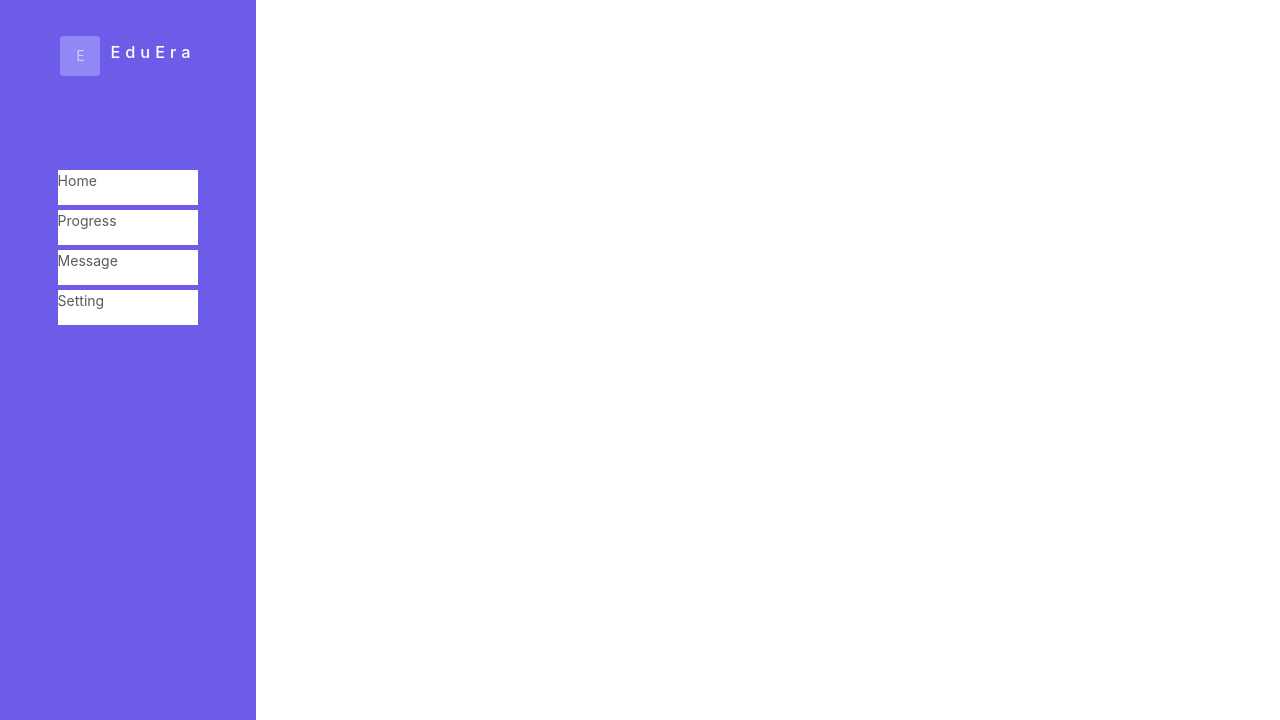
Repository: huynhnt1406/coursestorage
Page: / (app in coursestorage/)
These files come from the project's save history. The page is drawn as it stood at one moment and after the next save; the edit follows.
The browser window is 1280 px wide. The pictures show the whole page.
The project was rebuilt for these pictures with package versions that can differ from the ones it lists, and the page was loaded fresh each time.

Above is the page before, as saved 2021-05-01 16:09:21.

### coursestorage/src/main.js
import Vue from 'vue'
import App from './App.vue'
import 'ant-design-vue/dist/antd.css'
import Antd from 'ant-design-vue';
Vue.config.productionTip = false
Vue.use(Antd);
new Vue({
  render: h => h(App),
}).$mount('#app')

### coursestorage/src/App.vue
<template>
  <div class="container">
    <div class="sidebar">
      <Sidebar/>
    </div>
    <div class="main">

    </div>
  </div>
</template>

<script>
import Sidebar from './components/Sidebar'
export default {
  components:{
    Sidebar
  }
}
</script>

<style>
*{
  margin:0
}
.container{
  background-color:white;
  min-height: 100vh;
  display: flex;
}
</style>

### coursestorage/src/components/Sidebar.vue
<template>
  <div class="sidebar">
      <div class="sidebar-header">
          <a-avatar shape="square" size="large" style="backgroundColor:#a29bfe ; opacity:0.7 ; marginRight:10px">E</a-avatar>
          <h3>EduEra</h3>
      </div>
      <div class="sidebar-links">
          <div class="link">
              <a-icon type="appstore"/>
              <p>Home</p>
          </div>
           <div class="link">
               <a-icon type="bar-chart" />
              <p>Progress</p>
          </div>
           <div class="link">
               <a-icon type="message" />
              <p>Message</p>
          </div>
           <div class="link">
                <a-icon type="setting" />
              <p>Setting</p>
          </div>
      </div>
  </div>
</template>

<script>
export default {

}
</script>

<style>
.sidebar{
    flex:0.2;
    background-color:#6c5ce7;
}
.sidebar-header{
    display: flex;
    align-items: center;
    padding:5vh;
    justify-content: center;
}
.sidebar-header h3{
    color:white;
    letter-spacing: 5px;
}
.sidebar-links{
    padding:8vh;
}
.link{
    display: flex;
    background-color: white;
    margin-bottom:5px;
    align-items: center;
}
.link p {
    display: flex;
    align-items: center;
    justify-content: center;
}
</style>

Loaded but not shown: coursestorage/public/index.html (common file)

After the next save:
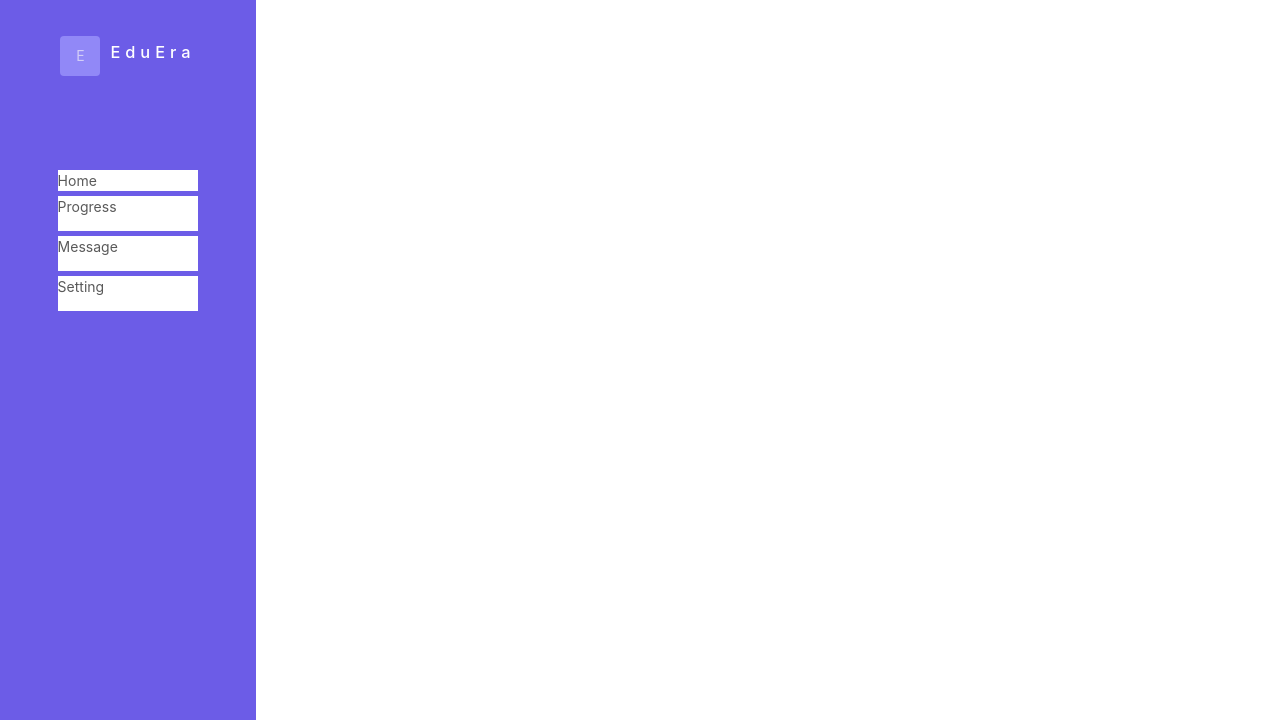
Saved 33 s later.
--- a/coursestorage/src/components/Sidebar.vue
+++ b/coursestorage/src/components/Sidebar.vue
@@ -7,7 +7,7 @@
       <div class="sidebar-links">
           <div class="link">
               <a-icon type="appstore"/>
-              <p>Home</p>
+              <span>Home</span>
           </div>
            <div class="link">
                <a-icon type="bar-chart" />
